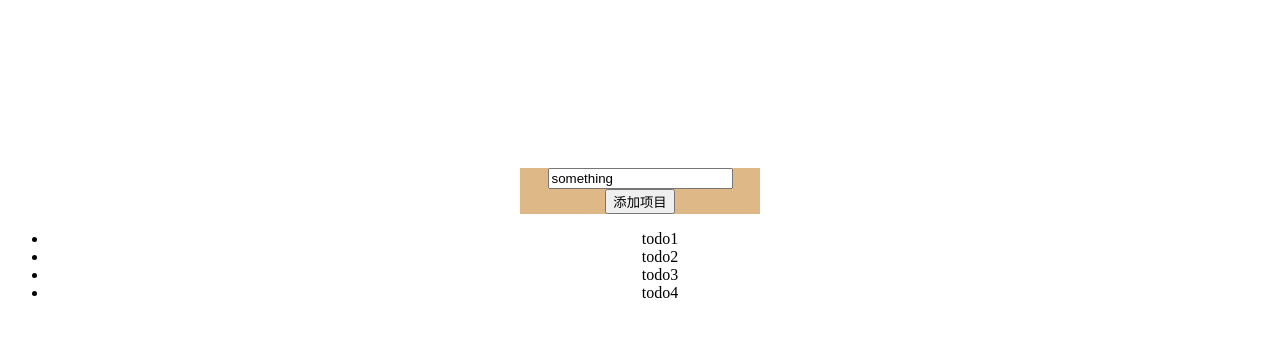
Repository: ArtemisWang/todolistProject
Page: /
The author's editor kept a copy of each file at every save. The page is drawn from the files as they stood at one save, then again after the next save.
The browser window is 1280 px wide. The pictures show the whole page.
The project was rebuilt for these pictures with package versions that can differ from the ones it lists, and the page was loaded fresh each time.

Above is the page before, as saved 2020-02-28 21:37:46.

### src/App.js
import React,{useState} from 'react';
import './App.css'
const App=function(){

    const [list, setList]=useState(['todo1','todo2','todo3','todo4'])
    const [content, setContent]=useState('something')

    function addItem(){
        setList([...list,content])
        setContent('')
    }

    function changeContent(e){
        setContent(e.target.value)
        return content
    }

    function deleteItem(i){
        setList(list.filter((x,index)=>index!==i))
    }

    return (
    <div className='app'>
        <div className='input'>
            <input onChange={changeContent} value={content}/>
            <button onClick={addItem}>添加项目</button>
        </div>
        <div className='u-list'>
            <ul>
                {list.map((it,i)=>(<li key={it+i} onClick={deleteItem.bind(this,i)}>{it}</li>))}
            </ul>
        </div>
    </div>)
}




export default App

### src/App.css
.app{
    text-align: center;
    padding-top: 10rem;
}

.input{
    display: block;
    background-color: burlywood;
    width: 15rem;
    margin-left:auto;
    margin-right:auto;
}

Loaded but not shown: public/index.html (common file); src/index.js (common file)

After the next save:
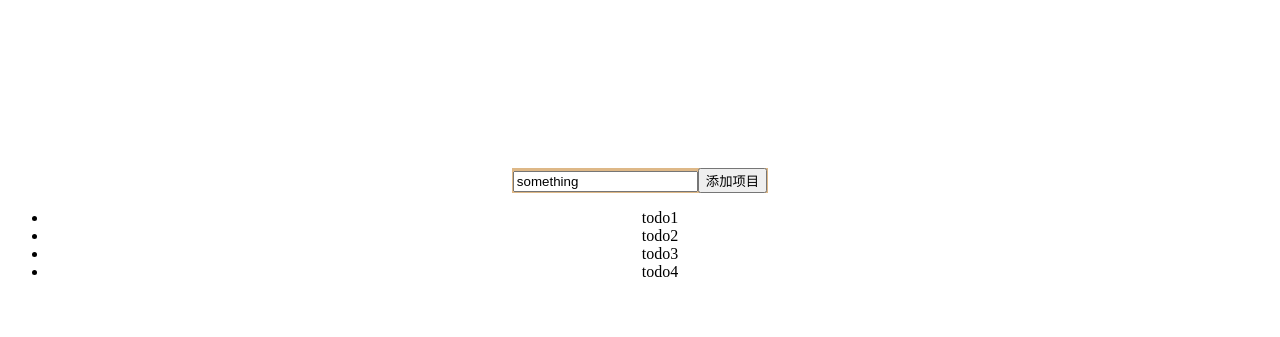
Saved 10 s later.
--- a/src/App.css
+++ b/src/App.css
@@ -6,7 +6,7 @@
 .input{
     display: block;
     background-color: burlywood;
-    width: 15rem;
+    width: 16rem;
     margin-left:auto;
     margin-right:auto;
 }
